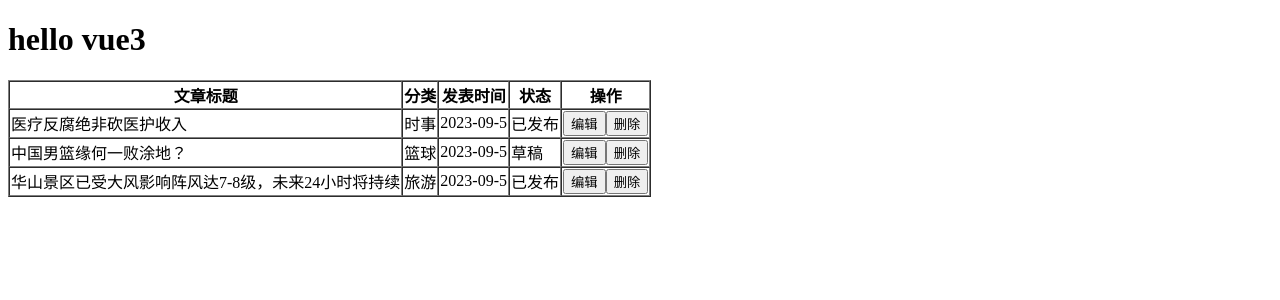
Repository: Viana05/MRGIS_front
Page: vue_learn.html
The author's editor kept a copy of each file at every save. The page is drawn from the files as they stood at one save, then again after the next save.
The browser window is 1280 px wide. The pictures show the whole page.

Above is the page before, as saved 2025-03-10 17:17:33.

### vue_learn.html
<!DOCTYPE html>
<html lang="en">
  <head>
    <meta charset="UTF-8" />
    <meta name="viewport" content="width=device-width, initial-scale=1.0" />
    <title>Document</title>
  </head>
  <body>
    <div id="app">
      <!-- 数据响应 -->
      <h1>{{msg}}</h1>
      <!-- v-for 数组数据 -->
      <table border="1 solid" colspa="0" cellspacing="0">
        <tr>
            <th>文章标题</th>
            <th>分类</th>
            <th>发表时间</th>
            <th>状态</th>
            <th>操作</th>
        </tr>
        <!-- 出现多次tr -->
        <tr v-for="(article,index) in articleList">
            <td>{{article.title}}</td>
            <td>{{article.category}}</td>
            <td>{{article.time}}</td>
            <td>{{article.state}}</td>
            <td>
                <button>编辑</button>
                <button>删除</button>
            </td>
        </tr>
      </table>
    </div>

    <!-- 引入vue模块 -->
    <script type="module">
      import { createApp } from "https://unpkg.com/vue@3/dist/vue.esm-browser.js";
      // 创建vue的应用实例
      createApp({
        data() {
          return {
            // 定义数据
            // 数据响应
            msg: "hello vue3",
            // 数组数据
            articleList: [
              {
                title: "医疗反腐绝非砍医护收入",
                category: "时事",
                time: "2023-09-5",
                state: "已发布",
              },
              {
                title: "中国男篮缘何一败涂地？",
                category: "篮球",
                time: "2023-09-5",
                state: "草稿",
              },
              {
                title: "华山景区已受大风影响阵风达7-8级，未来24小时将持续",
                category: "旅游",
                time: "2023-09-5",
                state: "已发布",
              },
            ],
          };
        },
      }).mount("#app");
    </script>
  </body>
</html>

After the next save:
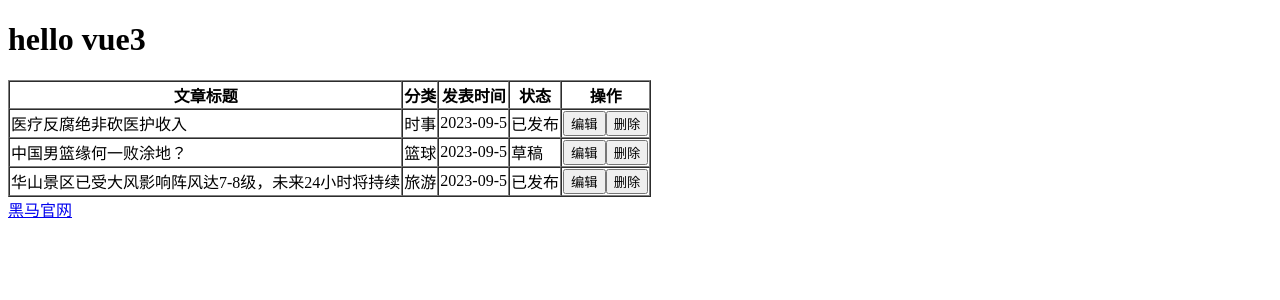
Saved 102 s later.
--- a/vue_learn.html
+++ b/vue_learn.html
@@ -30,6 +30,8 @@
             </td>
         </tr>
       </table>
+      <!-- v-bind 绑定数据 -->
+      <a href="https://www.itheima.com">黑马官网</a>
     </div>
 
     <!-- 引入vue模块 -->
@@ -42,7 +44,7 @@
             // 定义数据
             // 数据响应
             msg: "hello vue3",
-            // 数组数据
+            // v-for 数组数据
             articleList: [
               {
                 title: "医疗反腐绝非砍医护收入",
@@ -63,6 +65,8 @@
                 state: "已发布",
               },
             ],
+            // v-bind 绑定数据
+
           };
         },
       }).mount("#app");
